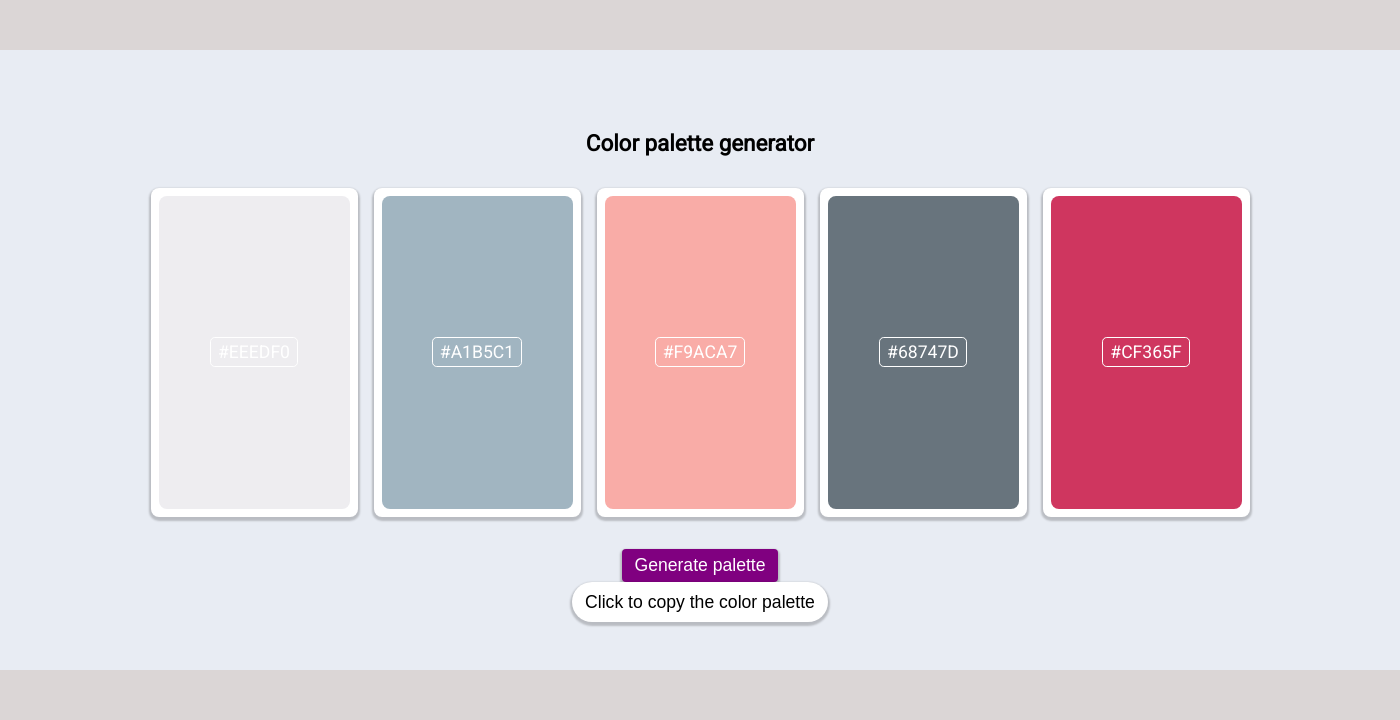
Repository: Hcmwebs/Color-Palette-Generator
Page: index.html
These files come from the project's save history. The page is drawn as it stood at one moment and after the next save; the edit follows.
The browser window is 1280 px wide. The page is 1400 px wide, so the pictures cover 1400 px, including what lies to the right of the window. The pictures show the whole page.

Above is the page before, as saved 2020-10-23 10:23:23.

After the next save:
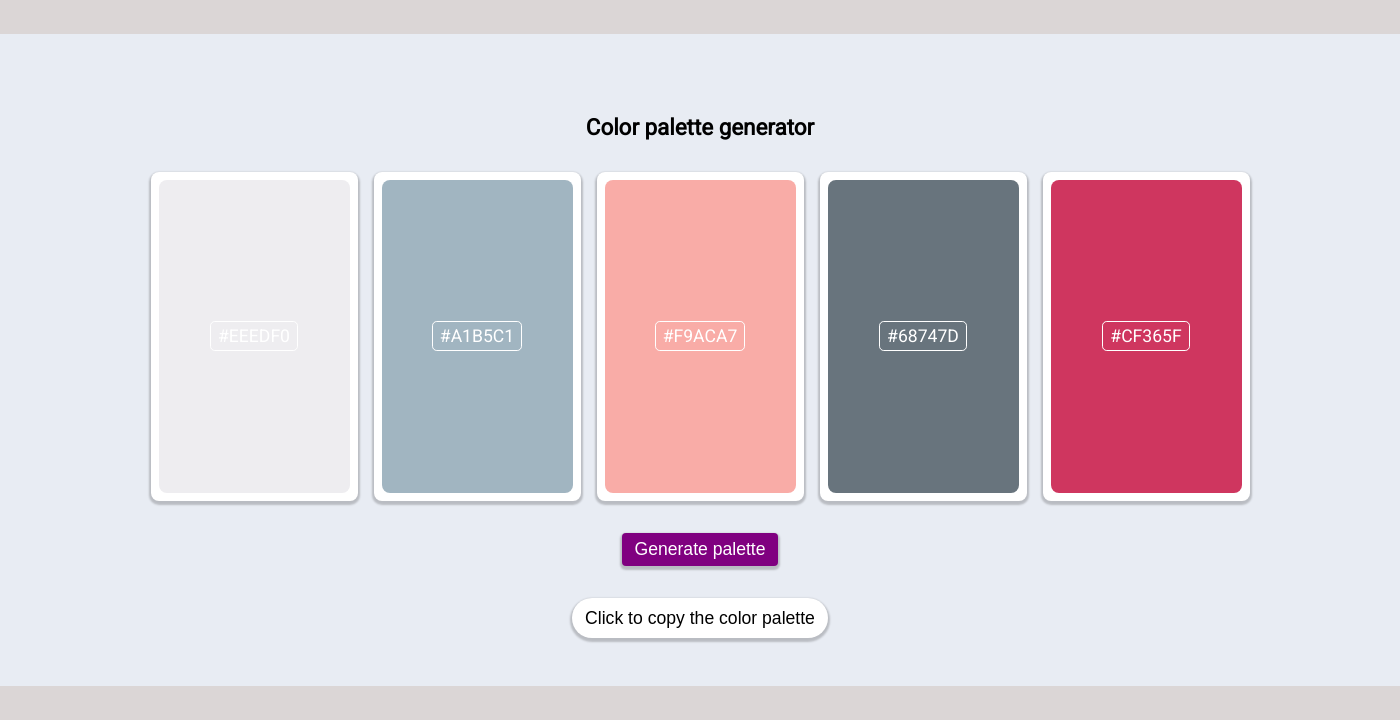
Saved 21 s later.
--- a/styles.css
+++ b/styles.css
@@ -130,7 +130,7 @@ h3 {
   background-color: purple;
   color: #fff;
   border-radius: 4px;
-  margin-top: 2rem;
+  margin: 2rem 0 ;
   padding: 0.375rem 0.75rem;
   cursor: pointer;
 }
